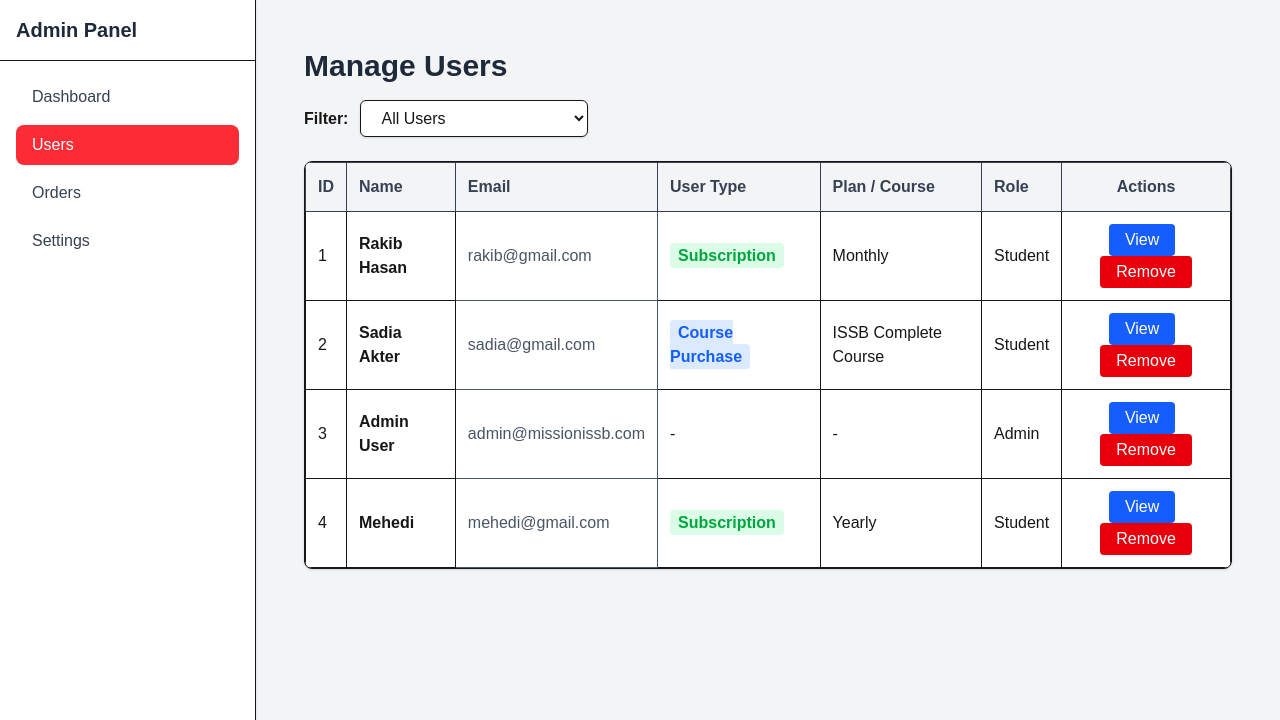
Repository: mdmuhibullahhabib/missionissb
Page: /admin/users
An editor plug-in stored every save of this project. The page is shown before and after the next save, followed by the edit.
The browser window is 1280 px wide. The pictures show the whole page.
The project was rebuilt for these pictures with package versions that can differ from the ones it lists, and the page was loaded fresh each time. The framework's server and built-in components were replaced by stand-ins that run in the browser. Also part of the build but not shown: next.config.mjs, components/shared/Footer.jsx, components/user/UserDrawerMenu.jsx, components/shared/Navbar.jsx.

Above is the page before, as saved 2025-12-09 23:30:18.

After the next save:
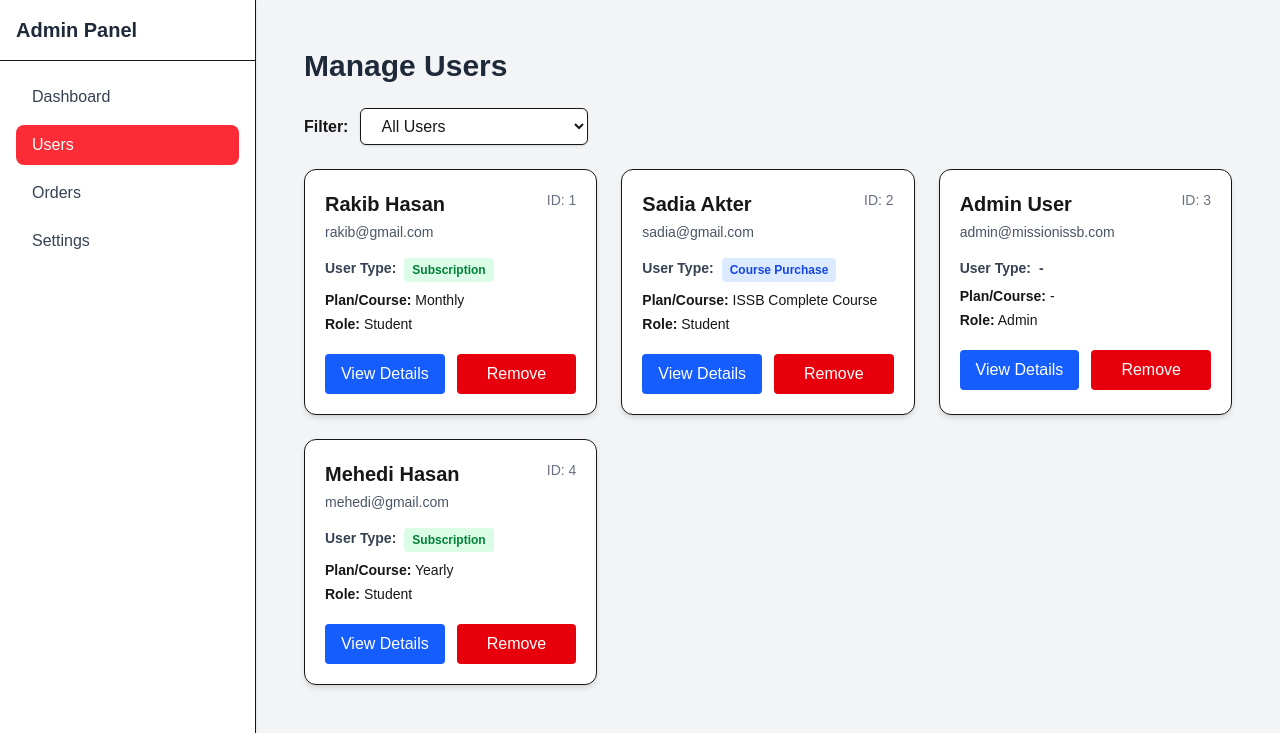
Saved 94 s later.
--- a/app/admin/users/page.jsx
+++ b/app/admin/users/page.jsx
@@ -30,7 +30,7 @@ const ManageUsers = () => {
     },
     {
       id: 4,
-      name: "Mehedi",
+      name: "Mehedi Hasan",
       email: "mehedi@gmail.com",
       type: "subscription",
       role: "student",
@@ -50,7 +50,7 @@ const ManageUsers = () => {
 
   return (
     <div className="p-6">
-      <h1 className="text-3xl font-extrabold mb-4 text-gray-800">
+      <h1 className="text-3xl font-extrabold mb-6 text-gray-800">
         Manage Users
       </h1>
 
@@ -69,68 +69,66 @@ const ManageUsers = () => {
         </select>
       </div>
 
-      {/* Table */}
-      <div className="overflow-x-auto rounded-lg shadow border bg-white">
-        <table className="w-full">
-          <thead className="bg-gray-100 text-gray-700">
-            <tr>
-              <th className="border p-3 text-left">ID</th>
-              <th className="border p-3 text-left">Name</th>
-              <th className="border p-3 text-left">Email</th>
-              <th className="border p-3 text-left">User Type</th>
-              <th className="border p-3 text-left">Plan / Course</th>
-              <th className="border p-3 text-left">Role</th>
-              <th className="border p-3 text-center">Actions</th>
-            </tr>
-          </thead>
+      {/* USERS GRID (NO TABLE) */}
+      <div className="grid grid-cols-1 sm:grid-cols-2 lg:grid-cols-3 gap-6">
+        {filteredUsers.map((user) => (
+          <div
+            key={user.id}
+            className="border rounded-xl bg-white shadow-md p-5 hover:shadow-lg transition-all"
+          >
+            <div className="flex justify-between items-start">
+              <h2 className="text-xl font-bold">{user.name}</h2>
+              <span className="text-sm text-gray-500">ID: {user.id}</span>
+            </div>
 
-          <tbody>
-            {filteredUsers.map((user) => (
-              <tr
-                key={user.id}
-                className="hover:bg-gray-50 transition-all duration-200"
-              >
-                <td className="border p-3">{user.id}</td>
-                <td className="border p-3 font-semibold">{user.name}</td>
-                <td className="border p-3 text-gray-600">{user.email}</td>
+            <p className="text-gray-600 text-sm mt-1">{user.email}</p>
 
-                <td className="border p-3 capitalize">
-                  {user.type === "subscription" && (
-                    <span className="text-green-600 font-semibold bg-green-100 px-2 py-1 rounded">
-                      Subscription
-                    </span>
-                  )}
-                  {user.type === "course" && (
-                    <span className="text-blue-600 font-semibold bg-blue-100 px-2 py-1 rounded">
-                      Course Purchase
-                    </span>
-                  )}
-                  {user.type === "none" && <span>-</span>}
-                </td>
+            {/* USER TYPE TAG */}
+            <div className="mt-4">
+              <p className="text-sm font-semibold text-gray-700 flex gap-2">
+                User Type:
+                {user.type === "subscription" && (
+                  <span className="text-green-700 bg-green-100 px-2 py-1 rounded text-xs font-bold">
+                    Subscription
+                  </span>
+                )}
+                {user.type === "course" && (
+                  <span className="text-blue-700 bg-blue-100 px-2 py-1 rounded text-xs font-bold">
+                    Course Purchase
+                  </span>
+                )}
+                {user.type === "none" && <span>-</span>}
+              </p>
 
-                <td className="border p-3">{user.plan}</td>
+              {/* Plan / Course */}
+              <p className="text-sm mt-2">
+                <span className="font-semibold">Plan/Course:</span> {user.plan}
+              </p>
 
-                <td className="border p-3 capitalize">{user.role}</td>
+              {/* Role */}
+              <p className="text-sm mt-1 capitalize">
+                <span className="font-semibold">Role:</span> {user.role}
+              </p>
+            </div>
 
-                <td className="border p-3 text-center">
-                  <button className="px-4 py-1 rounded bg-blue-600 text-white hover:bg-blue-700 transition mr-2">
-                    View
-                  </button>
-                  <button className="px-4 py-1 rounded bg-red-600 text-white hover:bg-red-700 transition">
-                    Remove
-                  </button>
-                </td>
-              </tr>
-            ))}
-          </tbody>
-        </table>
+            {/* ACTION BUTTONS */}
+            <div className="flex gap-3 mt-5">
+              <button className="w-full py-2 rounded bg-blue-600 text-white hover:bg-blue-700 transition">
+                View Details
+              </button>
+              <button className="w-full py-2 rounded bg-red-600 text-white hover:bg-red-700 transition">
+                Remove
+              </button>
+            </div>
+          </div>
+        ))}
+      </div>
 
-        {filteredUsers.length === 0 && (
-          <p className="text-center p-4 text-gray-500">
-            No users found for this filter.
-          </p>
-        )}
-      </div>
+      {filteredUsers.length === 0 && (
+        <p className="text-center mt-8 text-gray-500">
+          No users found for this filter.
+        </p>
+      )}
     </div>
   );
 };
